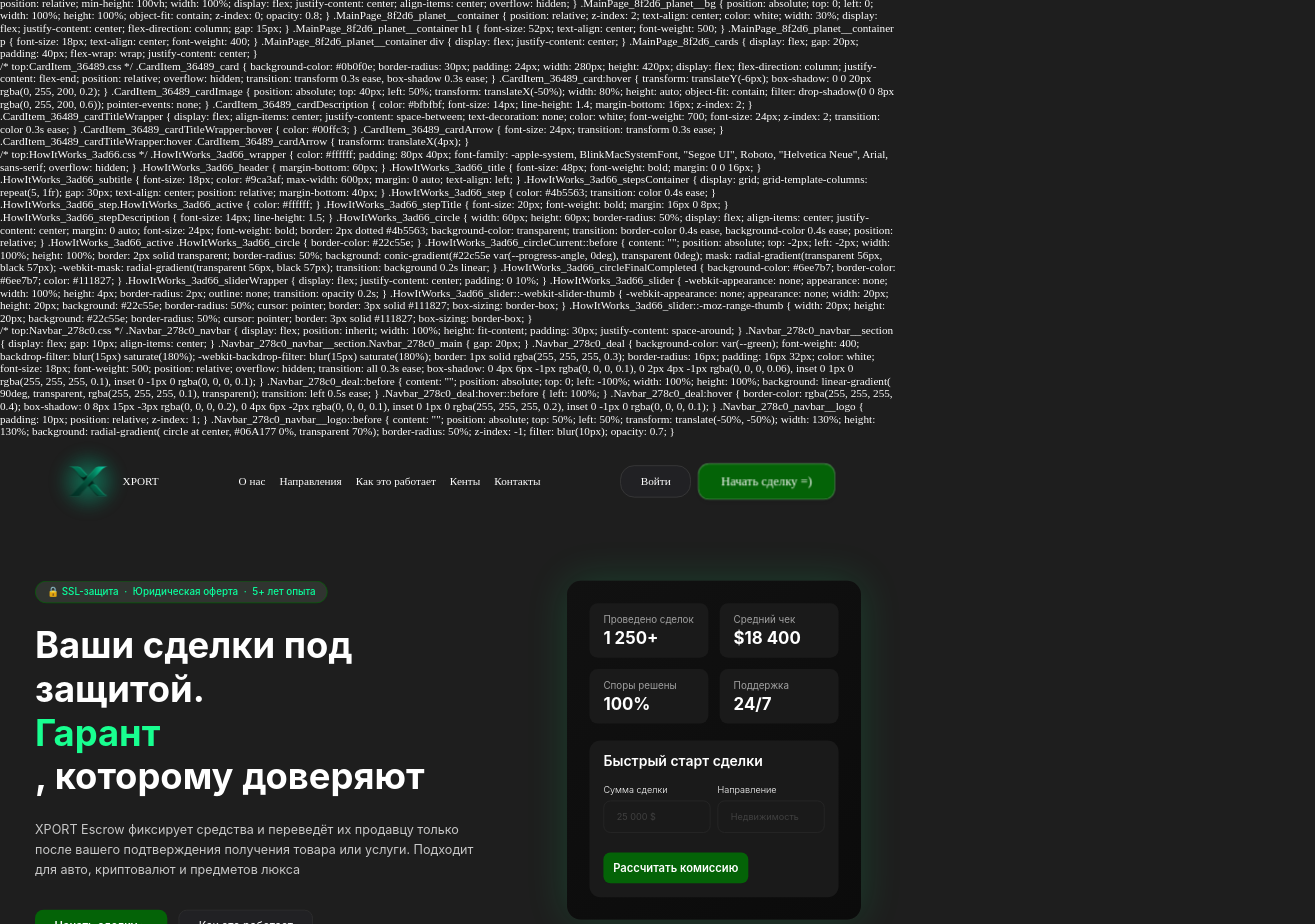
Repository: 1mpuryyyyy/x-port
Page: /x-port/
The author's editor kept a copy of each file at every save. The page is drawn from the files as they stood at one save, then again after a run of saves.
The browser window is 1280 px wide. The page is 1879 px wide, so the pictures cover 1879 px, including what lies to the right of the window. The pictures show the part of the page from y = 1534 to 2854 px (the page is 5154 px tall), at 70% of full size.
The project was rebuilt for these pictures with package versions that can differ from the ones it lists, and the page was loaded fresh each time. Also part of the build but not shown: vite.config.js.

Above is the page before, as saved 2025-10-09 03:43:11.

### index.html
<!doctype html>
<html lang="en">

<head>
    <meta charset="UTF-8" />
    <link rel="icon" type="image/svg+xml" href="/logo.svg" />
    <meta name="viewport" content="width=device-width, initial-scale=1.0" />
    <title>XPORT</title>
</head>

<body>
    <div id="root"></div>
    <script type="module" src="/src/main.jsx"></script>
</body>

</html>

### src/index.css
:root {
    --display: #1E1E1E;
    --grey: #212124;
    --green: #046307;
    --bg-card: #303430;
    --gold: #D79A19;
    --blue: #1735B1;
    --emerald: #00C36D;
    --light-green: #0AFF9D;
    --white: #ffff;
    --transparent: rgba(255, 255, 255, 0.15);
    --light-grey: #404040;
}

* {
    margin: 0;
    padding: 0;
    box-sizing: border-box;
    text-decoration: none;
    border: none;
    font-size: 100%;
    font: inherit;
    font-family: "Helvetica Neue", Helvetica, Arial, sans-serif;
    color: var(--white)
}

::-webkit-scrollbar {
    width: 8px;
}

::-webkit-scrollbar-track {
    background: transparent;
}

::-webkit-scrollbar-thumb {
    background-color: var(--transparent);
    backdrop-filter: blur(10px) saturate(180%);
    -webkit-backdrop-filter: blur(10px) saturate(180%);
    border-radius: 6px;
    border: 1px solid rgba(255, 255, 255, 0.1);
}

::-webkit-scrollbar-thumb:hover {
    background-color: rgba(255, 255, 255, 0.1);
    backdrop-filter: blur(12px) saturate(200%);
    -webkit-backdrop-filter: blur(12px) saturate(200%);
}

ol,
ul {
    list-style: none;
}

blockquote,
q {
    quotes: none;
}

table {
    border-collapse: collapse;
    border-spacing: 0;
}

button {
    border: none;
    cursor: pointer;
    border-radius: 20px;
    background-color: var(--grey);
    border: 1px solid;
    border-color: var(--light-grey);
    padding: 14px 28px;
    color: white;
    font-weight: 300;
    display: flex;
    align-items: center;
    justify-content: center;
    transition: 0.3s ease;
}

body {
    background-color: var(--display);
    min-height: 100vh;
    line-height: 1;
}

### src/App.jsx
import { Provider } from "react-redux";
import { RouterProvider, createBrowserRouter } from "react-router-dom";
import "./App.css";
import { MainPage } from "./components/MainPage/MainPage.jsx";
import Layout from "./components/Layout.jsx";

const router = createBrowserRouter(
    [
        {
            path: "/",
            element: <Layout />,
            children: [
                {
                    path: "",
                    element: <MainPage />,
                },
            ],
        },
    ],
    {
        basename: '/x-port',
    }
);


function App() {
    return (
        <>
            {/* <Provider store={store}> */}
            <RouterProvider router={router}></RouterProvider>
            {/* </Provider> */}
        </>
    );
}

export default App;

### src/App.css
:root {
    --display: #1E1E1E;
    --green: #046307;
    --bg-card: #303430;
    --gold: #D79A19;
    --blue: #1735B1;
    --emerald: #00C36D;
    --light-green: #0AFF9D;
    --white: #ffff;
}

* {
    display: block;
    margin: 0;
    padding: 0;
    box-sizing: border-box;
    text-decoration: none;
    border: none;
    font-size: 100%;
    font: inherit;
}

body {
    line-height: 1;
}

ol,
ul {
    list-style: none;
}

blockquote,
q {
    quotes: none;
}

blockquote:before,
blockquote:after,
q:before,
q:after {
    content: '';
    content: none;
}

table {
    border-collapse: collapse;
    border-spacing: 0;
}

### src/components/Layout.jsx
// import { useSelector } from "react-redux";
import { Navigate, Outlet } from "react-router-dom";
import Navbar from "./Navbar/Navbar.jsx";;

export default function Layout() {
    // const isAuthenticated = useSelector(state => state.auth.isAuthenticated);
    return (
        <div>
            {/* {!isAuthenticated && <Navigate to={"/"} />} */}
            <Navbar />
            <Outlet />
        </div>
    );
}

### src/components/MainPage/MainPage.module.css
section {
    color: #ffffff;
    padding: 80px 50px;
    min-height: 100vh;
    display: flex;
    align-items: center;
    justify-content: center;
    font-family: 'Inter', sans-serif;
    flex-direction: column;
}

/* Общий контейнер */
.header {
    display: flex;
    justify-content: space-between;
    align-items: flex-start;
    gap: 80px;
    width: 100%;
    max-width: 1400px;
}

/* Левая часть */
.header__left {
    flex: 1;
    display: flex;
    flex-direction: column;
    gap: 30px;
}

.header__left__benchmark {
    background-color: #303430;
    border: 1px solid #046307;
    color: #0AFF9D;
    border-radius: 999px;
    display: inline-flex;
    align-items: center;
    gap: 8px;
    padding: 8px 16px;
    font-size: 14px;
    font-weight: 500;
    width: fit-content;
}

.header__left__benchmark span {
    color: #0AFF9D;
}

.header__left__title {
    font-size: 52px;
    font-weight: 700;
    line-height: 1.2;
    max-width: 640px;
}

.header__left__title span {
    color: #18ff90;
}

.header__left__description {
    font-size: 18px;
    color: #c8c8c8;
    max-width: 640px;
    line-height: 1.6;
}

.header__left__buttons {
    display: flex;
    gap: 16px;
    margin-top: 12px;
}

.greenButton {
    background-color: var(--green);
    color: var(--white);
    font-weight: 600;
    padding: 14px 28px;
    border: none;
    border-radius: 12px;
    cursor: pointer;
    transition: all 0.3s ease;
}

.greenButton:hover {
    background-color: var(--emerald);
    color: var(--black);
}

.header__left__buttons button:last-child {
    background-color: var(--grey);
    color: #fff;
    font-weight: 400;
    border: 1px solid #333;
    padding: 14px 28px;
    border-radius: 12px;
    cursor: pointer;
    transition: all 0.3s ease;
}

.header__left__buttons button:last-child:hover {
    background-color: #22222200;
}

/* Правая часть */
.header__right {
    flex: 1;
    background: linear-gradient(145deg, #111 0%, #0b0b0b 100%);

    padding: 32px;
    border-radius: 20px;
    display: flex;
    flex-direction: column;
    gap: 24px;
    box-shadow: 0 0 60px rgba(0, 255, 130, 0.15);
    max-width: 420px;
}

/* Цифры */
.digits {
    display: grid;
    grid-template-columns: 1fr 1fr;
    gap: 16px;
}

.digits__item {
    background-color: #1a1a1a;
    border-radius: 12px;
    padding: 16px 20px;
    text-align: left;
}

.digits__item__title {
    font-size: 14px;
    color: #a0a0a0;
    margin-bottom: 8px;
}

.digits__item h1 {
    font-size: 24px;
    font-weight: 700;
}

/* Калькулятор */
.calculator {
    background-color: #1a1a1a;
    border-radius: 16px;
    padding: 20px;
    display: flex;
    flex-direction: column;
    gap: 16px;
}

.calculator__inputs {
    display: flex;
    gap: 10px;
}

.calculator h1 {
    font-size: 20px;
    font-weight: 600;
    margin-bottom: 8px;
}

.calculator label {
    font-size: 13px;
    color: var(--white);
    margin-bottom: 4px;
    font-weight: 300;
}

.calculator__input {
    gap: 5px;
    display: flex;
    flex-direction: column;
}

.calculator input {
    background-color: transparent;
    border: 1px solid #2a2a2a;
    border-radius: 10px;
    color: var(--white);
    padding: 14px 18px;
    font-size: 13px;
    width: 100%;
    margin-bottom: 12px;
    outline: none;
}

.calculator input::placeholder {
    color: #404040;
}

.calculator button {
    background-color: var(--green);
    color: var(--white);
    font-weight: 600;
    padding: 14px;
    border: none;
    border-radius: 10px;
    cursor: pointer;
    transition: all 0.5s ease;
}

.calculator button:hover {
    background-color: var(--emerald);
    color: black;
}

@keyframes fadeUp {
    from {
        opacity: 0;
        transform: translateY(30px);
    }

    to {
        opacity: 1;
        transform: translateY(0);
    }
}

.header__left,
.header__right {
    opacity: 0;
    animation: fadeUp 0.8s ease forwards;
}

.header__right {
    animation-delay: 0.2s;
}

.planet {
    position: relative;
    min-height: 100vh;
    width: 100%;
    display: flex;
    justify-content: center;
    align-items: center;
    overflow: hidden;
}

.planet__bg {
    position: absolute;
    top: 0;
    left: 0;
    width: 100%;
    height: 100%;
    object-fit: contain;
    z-index: 0;
    opacity: 0.8;
}

.planet__container {
    position: relative;
    z-index: 2;
    text-align: center;
    color: white;
    width: 30%;
    display: flex;
    justify-content: center;
    flex-direction: column;
    gap: 15px;
}

.planet__container h1 {
    font-size: 52px;
    text-align: center;
    font-weight: 500;
}

.planet__container p {
    font-size: 18px;
    text-align: center;
    font-weight: 400;
}

.planet__container div {
    display: flex;
    justify-content: center;
}

.cards {
    display: flex;
    gap: 20px;
    padding: 40px;
    flex-wrap: wrap;
    justify-content: center;
}

### src/components/CardItem/CardItem.jsx
import styles from "./CardItem.module.css";

const CardItem = ({ imageUrl, title, description, link }) => {
    return (
        <div className={styles.card}>
            <img src={imageUrl} alt={title} className={styles.cardImage} />
            <p className={styles.cardDescription}>{description}</p>
            <a href={link} className={styles.cardTitleWrapper}>
                <span className={styles.cardTitle}>{title}</span>
            </a>
        </div>
    );
};

export default CardItem;

### src/components/HowItWorks/HowItWorks.jsx
import React, { useState, useMemo } from 'react';
import styles from './HowItWorks.module.css';

const stepsData = [
    {
        title: 'Регистрация',
        description: 'Вы заходите на наш сайт и проходите простую регистрацию — это займёт всего несколько минут.',
    },
    {
        title: 'Выбор продавца',
        description: 'Из списка проверенных продавцов вы выбираете того, с кем хотите провести сделку.',
    },
    {
        title: 'Создание чата',
        description: 'Мы создаём общий чат, где будут обсуждаться все условия и сроки сделки',
    },
    {
        title: 'Создание чата',
        description: 'Мы создаём общий чат, где будут обсуждаться все условия и сроки сделки',
    },
    {
        title: 'Создание чата',
        description: 'Мы создаём общий чат, где будут обсуждаться все условия и сроки сделки',
    },
];

const HowItWorks = () => {
    // Состояние для хранения текущего значения слайдера (от 0 до 100)
    const [sliderValue, setSliderValue] = useState(0);

    // Определяем активный шаг на основе положения слайдера
    const activeStepIndex = useMemo(() => {
        // Порог для активации шага. 20 = 100 / 5 шагов.
        // `Math.min` и `Math.max` гарантируют, что индекс будет в диапазоне от 0 до 4.
        const index = Math.min(Math.floor(sliderValue / 20), stepsData.length - 1);
        return Math.max(0, index);
    }, [sliderValue]);

    const handleSliderChange = (event) => {
        setSliderValue(Number(event.target.value));
    };

    // Вычисляем стиль для трека слайдера, чтобы закрашивать его до ползунка
    const sliderProgressStyle = {
        background: `linear-gradient(to right, #22c55e ${sliderValue}%, #374151 ${sliderValue}%)`,
    };

    return (
        <div className={styles.wrapper}>
            <div className={styles.header}>
                <h2 className={styles.title}>Как это работает</h2>
                <p className={styles.subtitle}>От идеи до договора. lorem lorem lorem lorem lorem lorem lorem</p>
            </div>

            <div className={styles.stepsContainer}>
                {stepsData.map((step, index) => {
                    const isActive = index <= activeStepIndex;
                    const isCurrent = index === activeStepIndex;
                    const isFinalStep = index === stepsData.length - 1;
                    const isCompletedFinal = isFinalStep && sliderValue >= 100;

                    // Динамический стиль для круга с номером
                    const circleStyle = isCurrent && !isFinalStep
                        ? { '--progress-angle': `${(sliderValue % 20) * 18}deg` }
                        : {};

                    return (
                        <div key={index} className={`${styles.step} ${isActive ? styles.active : ''}`}>
                            <div
                                className={`
                  ${styles.circle}
                  ${isCompletedFinal ? styles.circleFinalCompleted : ''}
                  ${isCurrent && !isFinalStep ? styles.circleCurrent : ''}
                `}
                                style={circleStyle}
                            >
                                {index + 1}
                            </div>
                            <h3 className={styles.stepTitle}>{step.title}</h3>
                            <p className={styles.stepDescription}>{step.description}</p>
                        </div>
                    );
                })}
            </div>

            <div className={styles.sliderWrapper}>
                <input
                    type="range"
                    min="0"
                    max="100"
                    value={sliderValue}
                    onChange={handleSliderChange}
                    className={styles.slider}
                    style={sliderProgressStyle}
                />
            </div>
        </div>
    );
};

export default HowItWorks;

### src/components/Navbar/Navbar.jsx
import { Link } from 'react-router-dom'
import style from './Navbar.module.css'
import logo from '../../assets/logo.svg'

export default function Navbar() {
    return (
        <nav className={style["navbar"]} id='navbar'>
            <div className={style.navbar__section}>
                <Link to="/" className={style.navbar__logo}>
                    <img src={logo} alt="Логотип" title='XPORT' />
                </Link>
                <p className={style.logo__title}>
                    XPORT
                </p>
            </div>
            <div className={`${style.navbar__section} ${style.main}`}>
                <Link to="/">
                    <p>О нас</p>
                </Link>
                <Link to="/">
                    <p>Направления</p>
                </Link>
                <Link to="/">
                    <p>Как это работает</p>
                </Link>
                <Link to="/">
                    <p>Кенты</p>
                </Link>
                <Link to="/">
                    <p>Контакты</p>
                </Link>
            </div>
            <div className={style.navbar__section}>
                <Link>
                    <button>Войти</button>
                </Link>
                <Link>
                    <button className={style.deal}>Начать сделку =)</button>
                </Link>
            </div>
        </nav >);
};

### src/components/CardItem/CardItem.module.css
.card {
    background-color: #0b0f0e;
    /* глубокий тёмный */
    border-radius: 30px;
    padding: 24px;
    width: 280px;
    height: 420px;
    display: flex;
    flex-direction: column;
    justify-content: flex-end;
    position: relative;
    overflow: hidden;
    transition: transform 0.3s ease, box-shadow 0.3s ease;
}

.card:hover {
    transform: translateY(-6px);
    box-shadow: 0 0 20px rgba(0, 255, 200, 0.2);
}

/* Иконка / картинка */
.cardImage {
    position: absolute;
    top: 40px;
    left: 50%;
    transform: translateX(-50%);
    width: 80%;
    height: auto;
    object-fit: contain;
    filter: drop-shadow(0 0 8px rgba(0, 255, 200, 0.6));
    pointer-events: none;
}

/* Описание */
.cardDescription {
    color: #bfbfbf;
    font-size: 14px;
    line-height: 1.4;
    margin-bottom: 16px;
    z-index: 2;
}

/* Заголовок с ссылкой */
.cardTitleWrapper {
    display: flex;
    align-items: center;
    justify-content: space-between;
    text-decoration: none;
    color: white;
    font-weight: 700;
    font-size: 24px;
    z-index: 2;
    transition: color 0.3s ease;
}

.cardTitleWrapper:hover {
    color: #00ffc3;
}

.cardArrow {
    font-size: 24px;
    transition: transform 0.3s ease;
}

.cardTitleWrapper:hover .cardArrow {
    transform: translateX(4px);
}

### src/components/HowItWorks/HowItWorks.module.css
/* Общая обертка для компонента */
.wrapper {
    color: #ffffff;
    /* Белый текст по умолчанию */
    padding: 80px 40px;
    font-family: -apple-system, BlinkMacSystemFont, 'Segoe UI', Roboto, 'Helvetica Neue', Arial, sans-serif;
    overflow: hidden;
}

/* Заголовок и подзаголовок */
.header {
    margin-bottom: 60px;
}

.title {
    font-size: 48px;
    font-weight: bold;
    margin: 0 0 16px;
}

.subtitle {
    font-size: 18px;
    color: #9ca3af;
    /* Светло-серый для подзаголовка */
    max-width: 600px;
    margin: 0 auto;
    text-align: left;
}

/* Контейнер для шагов */
.stepsContainer {
    display: grid;
    grid-template-columns: repeat(5, 1fr);
    gap: 30px;
    text-align: center;
    position: relative;
    margin-bottom: 40px;
}

/* Стили для отдельного шага */
.step {
    color: #4b5563;
    /* Неактивный цвет (темно-серый) */
    transition: color 0.4s ease;
}

.step.active {
    color: #ffffff;
    /* Активный цвет (белый) */
}

.stepTitle {
    font-size: 20px;
    font-weight: bold;
    margin: 16px 0 8px;
}

.stepDescription {
    font-size: 14px;
    line-height: 1.5;
}

/* Стили для кругов с номерами */
.circle {
    width: 60px;
    height: 60px;
    border-radius: 50%;
    display: flex;
    align-items: center;
    justify-content: center;
    margin: 0 auto;
    font-size: 24px;
    font-weight: bold;
    border: 2px dotted #4b5563;
    /* Неактивная граница */
    background-color: transparent;
    transition: border-color 0.4s ease, background-color 0.4s ease;
    position: relative;
}

.active .circle {
    border-color: #22c55e;
    /* Активный цвет границы (зеленый) */
}

/* Анимация заполнения границы для текущего активного шага */
.circleCurrent::before {
    content: '';
    position: absolute;
    top: -2px;
    left: -2px;
    width: 100%;
    height: 100%;
    border: 2px solid transparent;
    border-radius: 50%;
    /* --progress-angle будет установлено через inline-style в React */
    background: conic-gradient(#22c55e var(--progress-angle, 0deg), transparent 0deg);
    /* Маска, чтобы сделать эффект обводки, а не сектора */
    mask: radial-gradient(transparent 56px, black 57px);
    -webkit-mask: radial-gradient(transparent 56px, black 57px);
    /* Плавный переход для анимации */
    transition: background 0.2s linear;
}


/* Стиль для последнего шага, когда он полностью завершен */
.circleFinalCompleted {
    background-color: #6ee7b7;
    /* Светло-зеленый фон */
    border-color: #6ee7b7;
    color: #111827;
    /* Темный текст на светлом фоне */
}

/* Обертка для слайдера */
.sliderWrapper {
    display: flex;
    justify-content: center;
    padding: 0 10%;
    /* Отступы по бокам, чтобы слайдер не касался краев */
}

/* Стилизация слайдера */
.slider {
    -webkit-appearance: none;
    appearance: none;
    width: 100%;
    height: 4px;
    /* Толщина полосы */
    border-radius: 2px;
    outline: none;
    transition: opacity 0.2s;
    /* Стиль для трека будет применен через inline-style */
}

/* Стилизация ползунка (thumb) для Webkit (Chrome, Safari) */
.slider::-webkit-slider-thumb {
    -webkit-appearance: none;
    appearance: none;
    width: 20px;
    height: 20px;
    background: #22c55e;
    /* Зеленый цвет ползунка */
    border-radius: 50%;
    cursor: pointer;
    border: 3px solid #111827;
    /* Обводка для "утопленного" эффекта */
    box-sizing: border-box;
}

/* Стилизация ползунка для Mozilla (Firefox) */
.slider::-moz-range-thumb {
    width: 20px;
    height: 20px;
    background: #22c55e;
    border-radius: 50%;
    cursor: pointer;
    border: 3px solid #111827;
    box-sizing: border-box;
}

### src/components/Navbar/Navbar.module.css
.navbar {
    display: flex;
    position: inherit;
    width: 100%;
    height: fit-content;
    padding: 30px;
    justify-content: space-around;
}

.navbar__section {
    display: flex;
    gap: 10px;
    align-items: center;
}

.navbar__section.main {
    gap: 20px;
}

.deal {
    background-color: var(--green);
    font-weight: 400;
    backdrop-filter: blur(15px) saturate(180%);
    -webkit-backdrop-filter: blur(15px) saturate(180%);
    border: 1px solid rgba(255, 255, 255, 0.3);
    border-radius: 16px;
    padding: 16px 32px;
    color: white;
    font-size: 18px;
    font-weight: 500;
    position: relative;
    overflow: hidden;
    transition: all 0.3s ease;
    box-shadow:
        0 4px 6px -1px rgba(0, 0, 0, 0.1),
        0 2px 4px -1px rgba(0, 0, 0, 0.06),
        inset 0 1px 0 rgba(255, 255, 255, 0.1),
        inset 0 -1px 0 rgba(0, 0, 0, 0.1);
}

.deal::before {
    content: '';
    position: absolute;
    top: 0;
    left: -100%;
    width: 100%;
    height: 100%;
    background: linear-gradient(90deg,
            transparent,
            rgba(255, 255, 255, 0.1),
            transparent);
    transition: left 0.5s ease;
}

.deal:hover::before {
    left: 100%;
}

.deal:hover {
    border-color: rgba(255, 255, 255, 0.4);
    box-shadow:
        0 8px 15px -3px rgba(0, 0, 0, 0.2),
        0 4px 6px -2px rgba(0, 0, 0, 0.1),
        inset 0 1px 0 rgba(255, 255, 255, 0.2),
        inset 0 -1px 0 rgba(0, 0, 0, 0.1);
}

.navbar__logo {
    padding: 10px;
    position: relative;
    z-index: 1;
}

.navbar__logo::before {
    content: '';
    position: absolute;
    top: 50%;
    left: 50%;
    transform: translate(-50%, -50%);
    width: 130%;
    height: 130%;
    background: radial-gradient(circle at center,
            #06A177 0%,
            transparent 70%);
    border-radius: 50%;
    z-index: -1;
    filter: blur(10px);
    opacity: 0.7;
}

Loaded but not shown: src/main.jsx (common file); src/components/MainPage/MainPage.jsx (112 lines, source omitted)

After the next 2 saves:
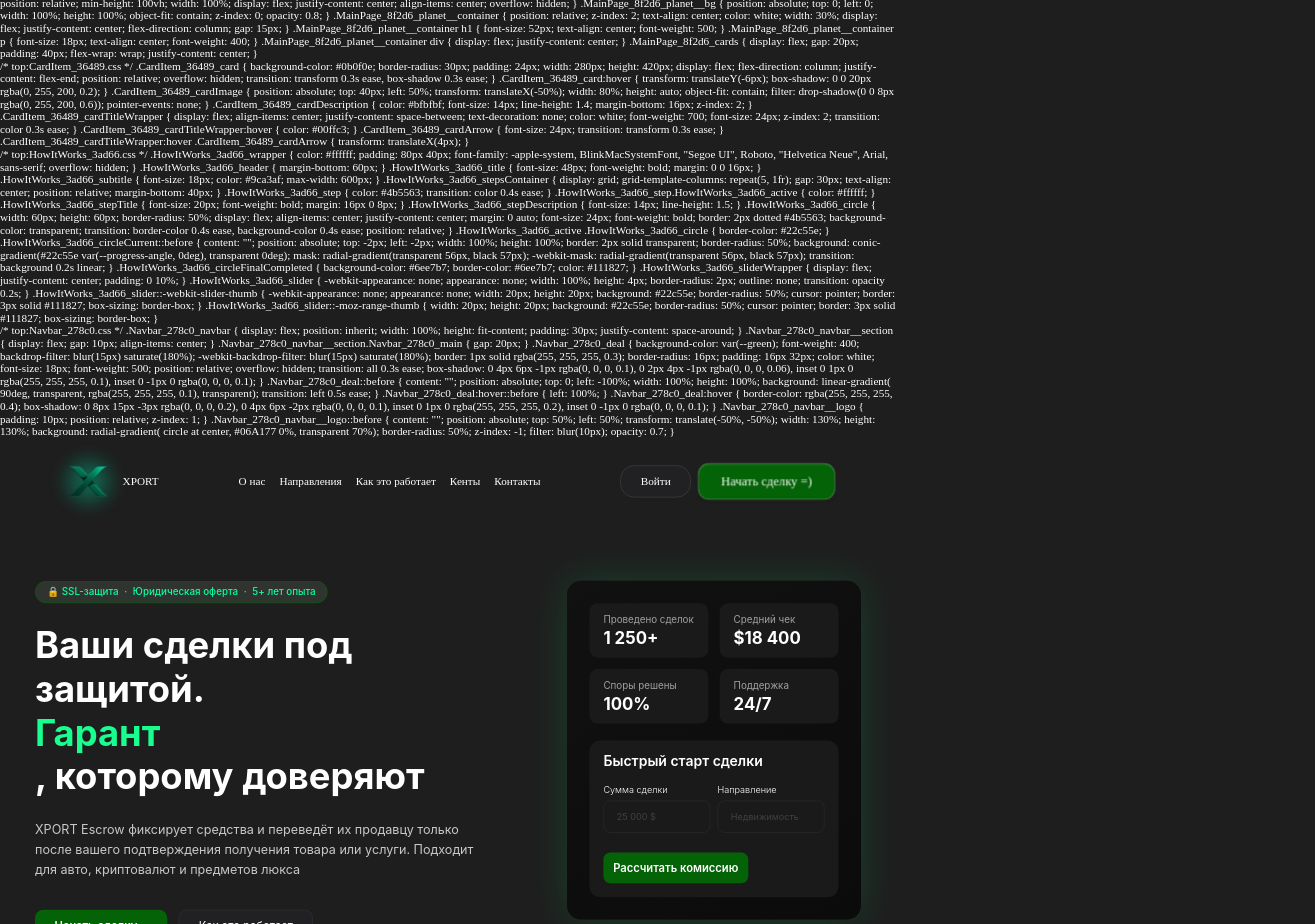
The 2 saves are shown as one change because they came seconds apart.
The last was saved 19 s later.
--- a/src/components/HowItWorks/HowItWorks.module.css
+++ b/src/components/HowItWorks/HowItWorks.module.css
@@ -23,8 +23,6 @@
     color: #9ca3af;
     /* Светло-серый для подзаголовка */
     max-width: 600px;
-    margin: 0 auto;
-    text-align: left;
 }
 
 /* Контейнер для шагов */
